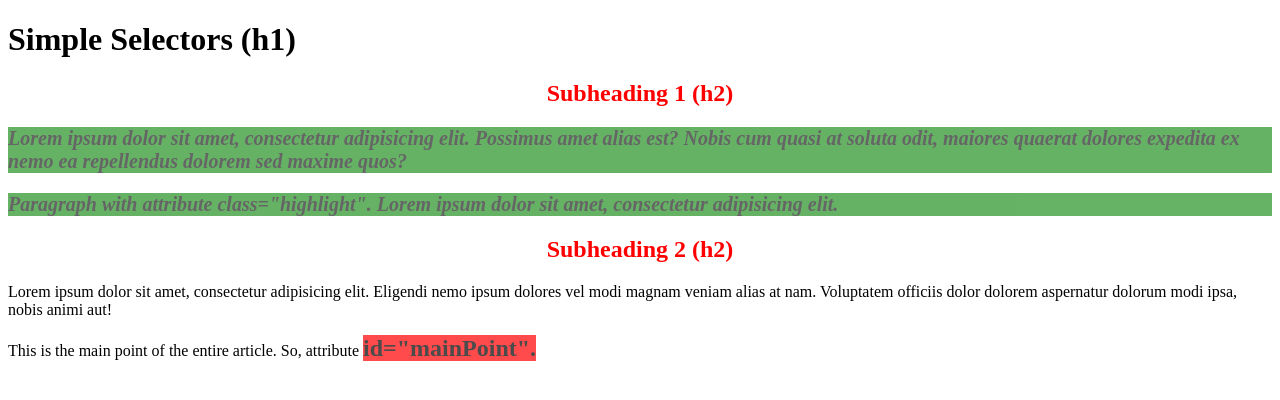
Repository: Aakarshit-Sharma19/Basic-HTML-and-CSS-Page-
Page: test.html
These files come from the project's save history. The page is drawn as it stood at one moment and after the next save; the edit follows.
The browser window is 1280 px wide. The pictures show the whole page.

Above is the page before, as saved 2020-11-08 10:13:45.

After the next save:
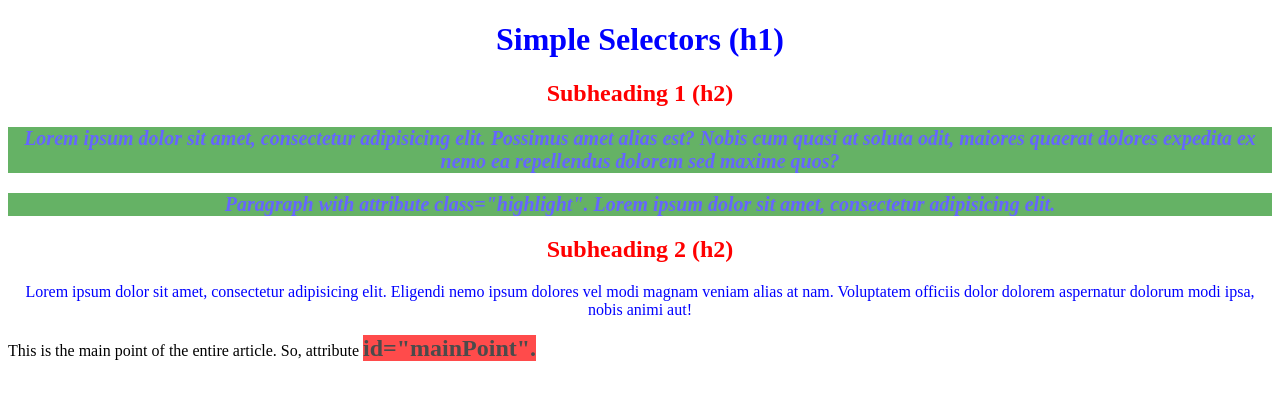
Saved 12 s later.
--- a/test.html
+++ b/test.html
@@ -30,7 +30,7 @@
     }
 
     /* all p AND h1 elements */
-    xxx {
+    p, h1 {
       color: blue;
       text-align: center;
     }
